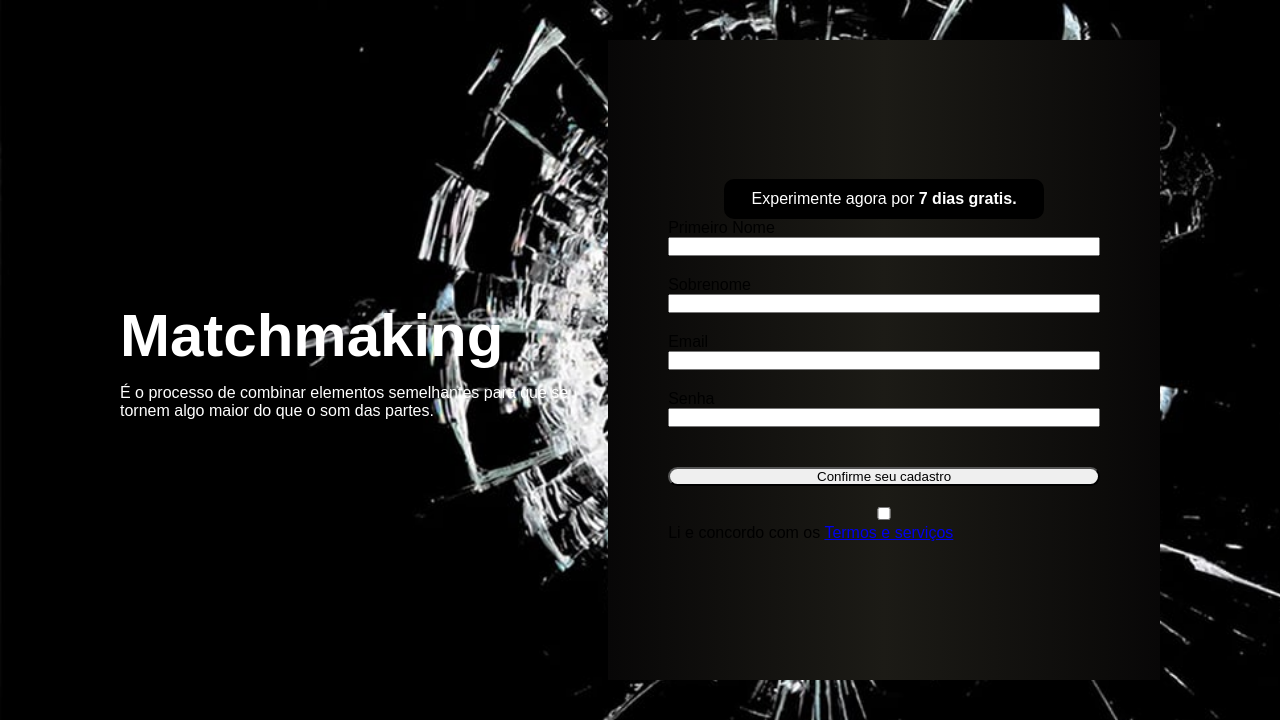
Repository: analessp/tela-login
Page: index.html
The author's editor kept a copy of each file at every save. The page is drawn from the files as they stood at one save, then again after a run of saves.
The browser window is 1280 px wide. The pictures show the whole page.
Some web fonts or font styles are not loaded; a fallback is used.

Above is the page before, as saved 2025-04-16 11:01:04.

### index.html
<!DOCTYPE html>
<html lang="pt-br">
  <head>
    <meta charset="UTF-8" />
    <meta name="viewport" content="width=device-width, initial-scale=1.0" />
    <title>Tela de Login</title>
    <link rel="stylesheet" href="style.css" />
    <link rel="preconnect" href="https://fonts.googleapis.com" />
    <link rel="preconnect" href="https://fonts.gstatic.com" crossorigin />
    <link href="https://fonts.googleapis.com/css2?family=Nunito:ital,wght@0,200..1000;1,200..1000&family=Special+Gothic&display=swap" rel="stylesheet" />
  </head>
  <body>
    <main>
      <div class="container-left">
        <h1>Matchmaking</h1>
        <p>É o processo de combinar elementos semelhantes para que se tornem algo maior do que o som das partes.</p>
      </div>
      <div class="container-right">
        <a href="#" class="teste-gratis">
          <p>Experimente agora por <b>7 dias gratis.</b></p>
        </a>
        <div class="forms">
          <form>

            <div>
              <label for="name">
                <p>Primeiro Nome</p>
                <input id="name" type="text" />
              </label>
            </div>

            <div>
                <label for="lastname">
                    <p>Sobrenome</p>
                    <input id="lastname" type="text" />
                </label>
            </div>

            <div>
                <label for="email">
                    <p>Email</p>
                    <input id="email" type="email" />
                </label>
            </div>

            <div>
                <label for="password">
                    <p>Senha</p>
                    <input id="password" type="password" />
                </label>
            </div>

            <button type="submit">
                <p>Confirme seu cadastro</p>
            </button>
            <div>
                <input type="checkbox">
                <p>
                    Li e concordo com os <a href="#">Termos e serviços</a>
                </p>
            </div>
          </form>
        </div>
      </div>
    </main>
  </body>
</html>

### style.css
* {
    margin: 0;
    padding: 0;
    box-sizing: border-box;
    width: 100%;
    font-family: "Special Gothic", sans-serif;
}

main {
    display: flex;
    background-image: url("./assets/background.jpg");
    background-repeat: no-repeat center center;
    background-size: cover;
    display: flex;
    height: 100vh;
    z-index: 0;
    padding: 40px 120px;
}

&::after {
    content: "";
    background: #1e130c;
    position: absolute;
    top: 0;
    left: 0;
    opacity: 0.9;
    width: 100%;
    height: 100%;
    z-index: -1;
}

.container-left {
    color: white;
    display: flex;
    justify-content: center;
    flex-direction: column;
    gap: 14px;
}

.container-left h1 {
    font-size: 60px;

    &:hover::after{
        cursor: pointer;
        content: "";
        position: absolute;
        bottom: 350px;
        left: 120px;
        background-color: #d0d0d0;
        height: 4px;
        width: 420px;
        transition-duration: 800ms;
        animation-name: left-to-right;
        animation-duration: 620ms;
        animation-iteration-count: 1;
        }
}

.container-right {
    background: #080707;
    background: linear-gradient(90deg, rgba(8, 7, 7, 1) 0%, rgba(28, 27, 22, 1) 50%, rgba(8, 7, 7, 1) 100%);
    display: flex;
    flex-direction: column;
    justify-content: center;
    align-items: center;
    padding: 0 60px;
}

.teste-gratis {
    display: flex;
    justify-content: center;
    align-items: center;
    width: 320px;
    height: 40px;
    background-color: black;
    text-decoration: none;
    color: white;
    border-radius: 10px;
}

.teste-gratis p{
text-align: center;
}

.forms form{
    display: flex;
    flex-direction: column;
    gap: 20px;
}

.forms button {
    margin-top: 20px;
    border-radius: 10px;
}

@keyframes left-to-right {
0% {
    width: 0;
}
100% {
    width: 400px;
}
}

After the next 9 saves:
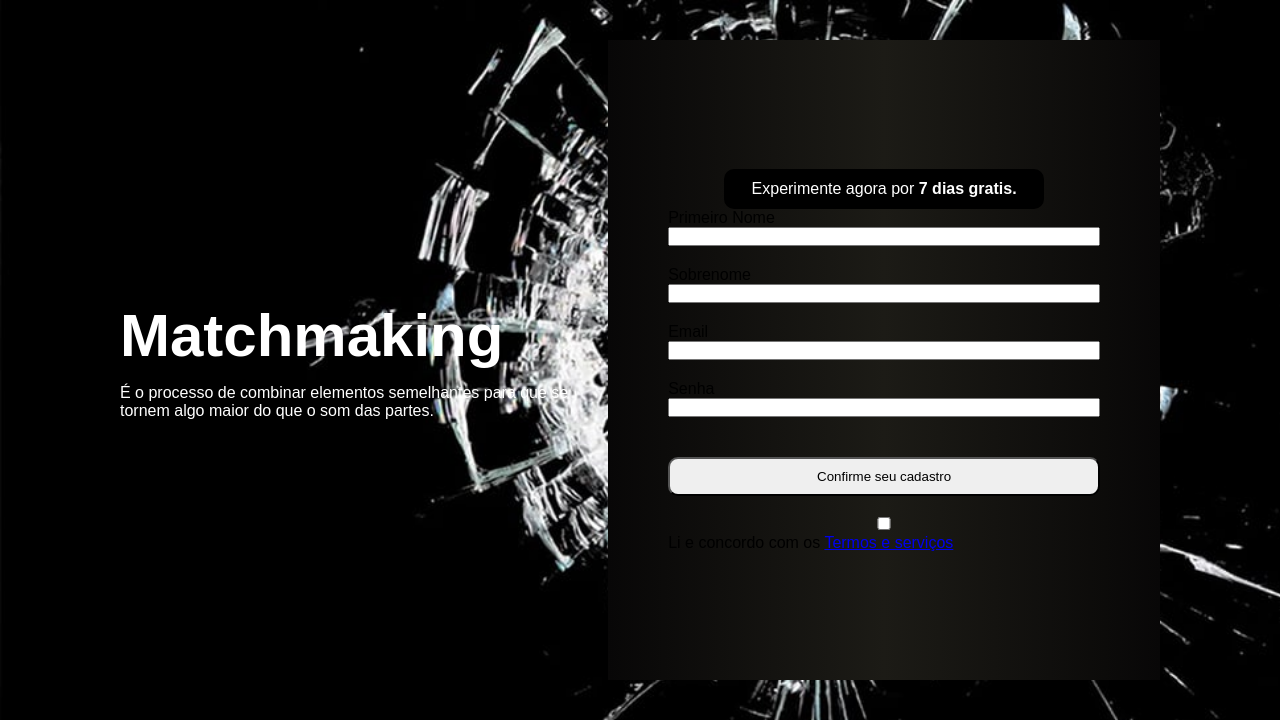
The 9 saves are shown as one change because they came seconds apart.
The last was saved 30 s later.
--- a/style.css
+++ b/style.css
@@ -91,6 +91,7 @@ text-align: center;
 .forms button {
     margin-top: 20px;
     border-radius: 10px;
+    padding: 10px 15px;
 }
 
 @keyframes left-to-right {
